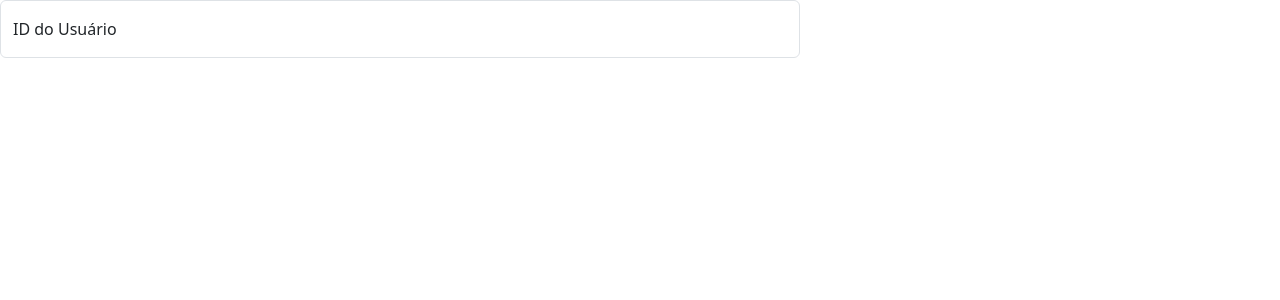
Repository: mateusilva8/tarefa-pix
Page: frontend/index.html
These files come from the project's save history. The page is drawn as it stood at one moment and after the next save; the edit follows.
The browser window is 1280 px wide. The pictures show the whole page.

Above is the page before, as saved 2023-10-21 18:57:27.

After the next save:
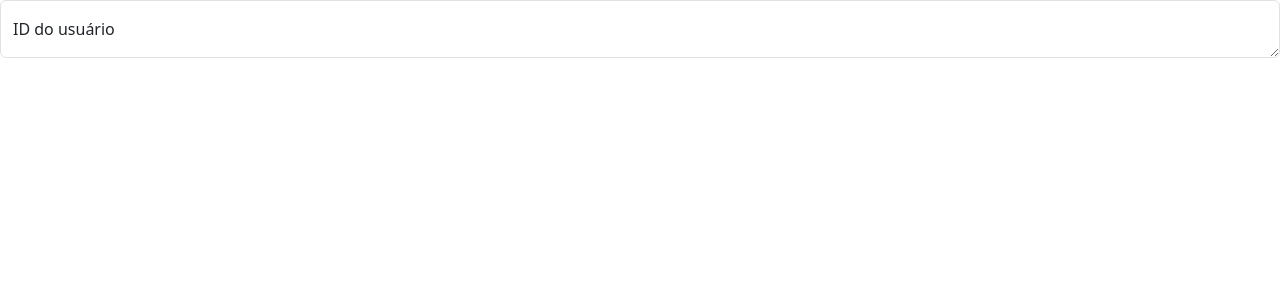
Saved 2 min 34 s later.
--- a/frontend/index.html
+++ b/frontend/index.html
@@ -8,9 +8,9 @@
   <link rel="stylesheet" href="./css/index.css">
 </head>
 <body>
-  <div class="form-floating mb-3">
-    <input type="number" class="form-control" id="floatingInput" placeholder="">
-    <label for="floatingInput">ID do Usuário</label>
+  <div class="form-floating">
+    <textarea class="form-control" placeholder="ID do Usuário" id="floatingTextarea"></textarea>
+    <label for="floatingTextarea">ID do usuário</label>
   </div>
 
   <script src="https://cdn.jsdelivr.net/npm/bootstrap@5.3.2/dist/js/bootstrap.bundle.min.js" integrity="sha384-C6RzsynM9kWDrMNeT87bh95OGNyZPhcTNXj1NW7RuBCsyN/o0jlpcV8Qyq46cDfL" crossorigin="anonymous"></script>
